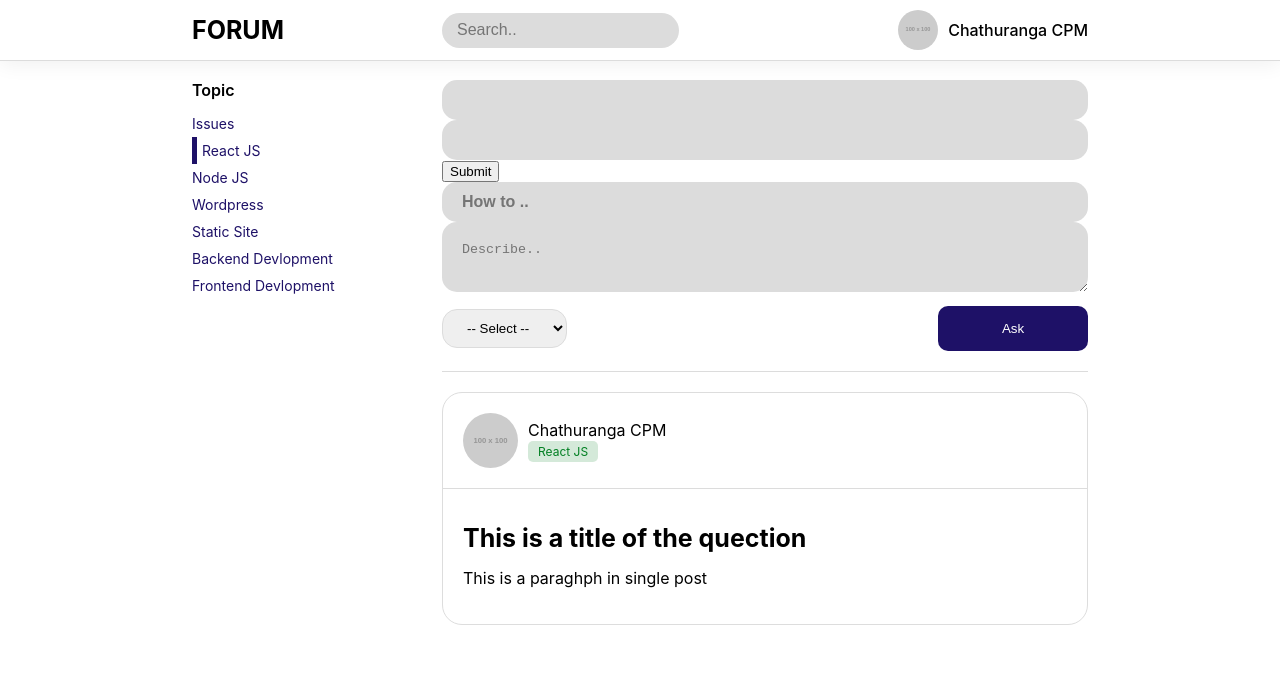
Repository: ChathurangaCPM/developer-forum
Page: / (app in client/)
These files come from the project's save history. The page is drawn as it stood at one moment and after the next save; the edit follows.
The browser window is 1280 px wide. The pictures show the whole page.
The project was rebuilt for these pictures with package versions that can differ from the ones it lists, and the page was loaded fresh each time.

Above is the page before, as saved 2022-05-09 23:03:14.

After the next save:
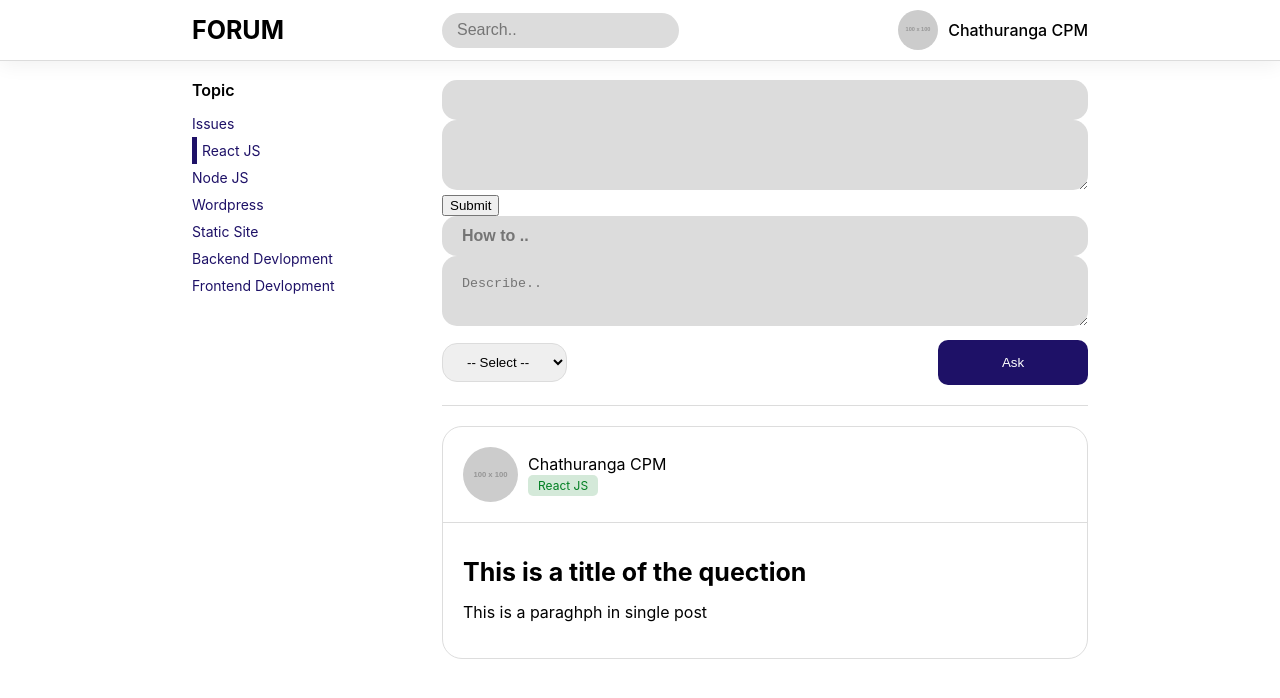
Saved 84 s later.
--- a/client/src/components/AddQuestion/AddQuestion.js
+++ b/client/src/components/AddQuestion/AddQuestion.js
@@ -38,7 +38,7 @@ function AddQuestion() {
                     <Form>
                         <Field type="text" name="title" />
                         <ErrorMessage name="title" component="div" />
-                        <Field type="textarea" name="descriptions" />
+                        <Field as="textarea" name="descriptions" />
                         <ErrorMessage name="descriptions" component="div" />
                         <button type="submit" disabled={isSubmitting}>
                             Submit
